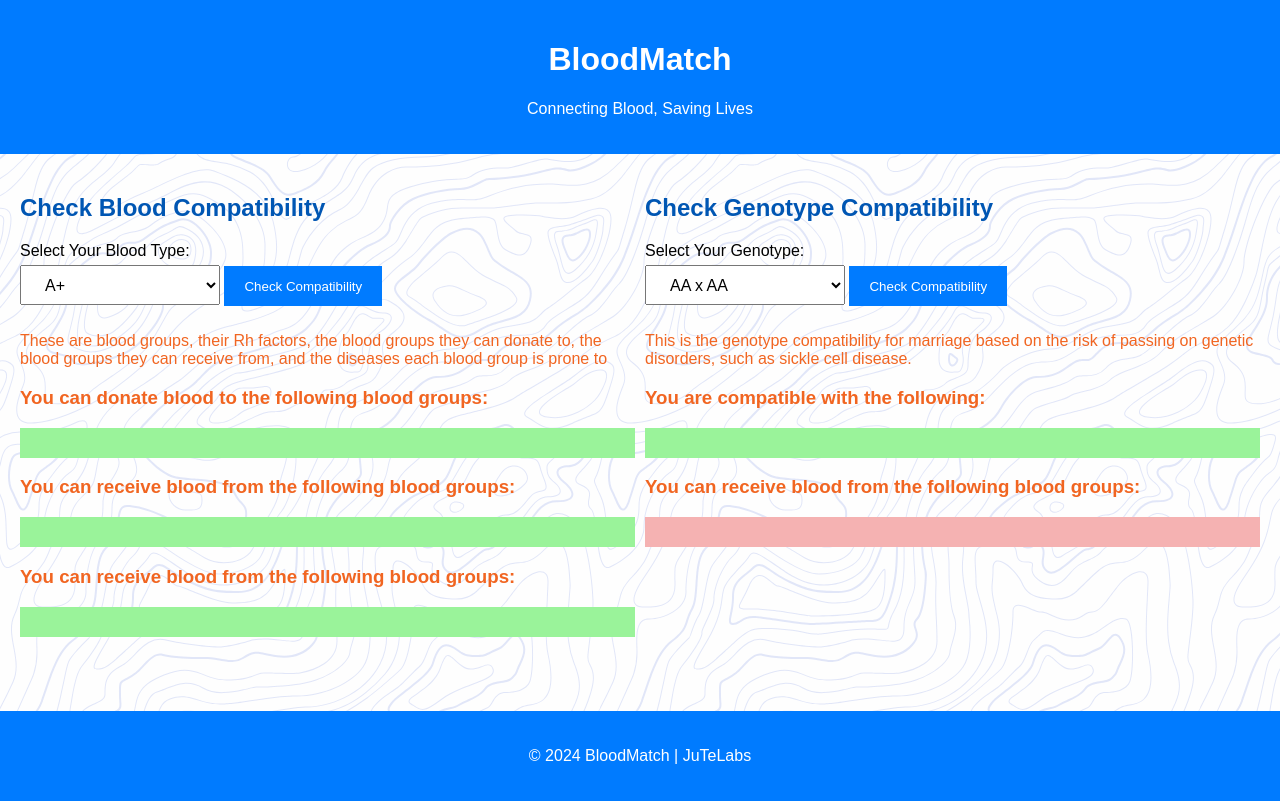
Repository: JuliusMonday/BloodMatch
Page: index.html
An editor plug-in stored every save of this project. The page is shown before and after a run of saves, followed by the edit.
The browser window is 1280 px wide. The pictures show the whole page.

Above is the page before, as saved 2024-05-03 12:09:04.

### index.html
<!DOCTYPE html>
<html lang="en">
<head>
  <meta charset="UTF-8">
  <meta name="viewport" content="width=device-width, initial-scale=1.0">
  <title>BloodMatch</title>
  <link rel="stylesheet" href="style.css">
</head>
<body>
  <header>
    <h1>BloodMatch</h1>
    <p>Connecting Blood, Saving Lives</p>
  </header>
  <main>
    <section id="bloodType">
      <h1>Check Blood Compatibility</h1>
      <label for="selectBloodType">Select Your Blood Type:</label>
      <select id="selectBloodType">
        <option value="A+">A+</option>
        <option value="A-">A-</option>
        <option value="B+">B+</option>
        <option value="B-">B-</option>
        <option value="AB+">AB+</option>
        <option value="AB-">AB-</option>
        <option value="O+">O+</option>
        <option value="O-">O-</option>
      </select>
      <button onclick="checkBloodCompatibility()">Check Compatibility</button>
      <div id="compatibilityResult">
        <p class="p-s"> These are blood groups, their Rh factors, the blood groups they can donate to, the blood groups they can receive from, and the diseases each blood group is prone to</p>
        <div class="donate-to">
            <h3>You can donate blood to the following blood groups:</h3>
            <p id="donate-to-bg" style="background-color:rgb(154, 243, 154); padding:15px; font-weight: bold;"></p>
        </div>
        <div class="receive-from">
            <h3>You can receive blood from the following blood groups:</h3>
            <p id="receive-from-bg" style="background-color:rgb(154, 243, 154); padding:15px; font-weight: bold;"></p>
        </div>
        <div class="disease">
          <h3>You can receive blood from the following blood groups:</h3>
          <p id="diseases" style="background-color:rgb(154, 243, 154); padding:15px; font-weight: bold;"></p>
      </div>
      </div>
    </section>
    <section id="genotype">
      <h1>Check Genotype Compatibility</h1>
      <label for="selectGenotype">Select Your Genotype:</label>
      <select id="selectGenotype">
        <option value="AA x AA">AA x AA</option>
        <option value="AA x AS">AA x AS</option>
        <option value="AS x AS">AS x AS</option>
        <option value="SS x SS">SS x SS</option>
        <option value="AS x SC">AS x SC (rare)</option>
    </select>
      <button onclick="checkGenotypeCompatibility()">Check Compatibility</button>
      <div id="genotypeResult">
        <p class="p-s">This is the genotype compatibility for marriage based on the risk of passing on genetic disorders, such as sickle cell disease.</p>
        <div class="compatible-Gn">
            <h3>You are compatible with the following:</h3>
            <p id="compatible-Gns" style="background-color:rgb(154, 243, 154); padding:15px; font-weight: bold;"></p>
        </div>
        <div class="non-compatible">
            <h3>You can receive blood from the following blood groups:</h3>
            <p id="non-compatible-Gns" style="background-color: rgb(245, 178, 178); padding:15px; font-weight: bold;"></p>
        </div>
      </div>
    </div>
    </section>
  </main>
  <footer>
    <p>&copy; 2024 BloodMatch | JuTeLabs</p>
  </footer>
  <script src="script.js"></script>
</body>
</html>

### script.js
const checkBloodCompatibility = () =>{
    let selectedBloodType = document.getElementById("selectBloodType").value;
    let canDonateTo = document.getElementById("donate-to-bg");
    let canReceiveFrom = document.getElementById("receive-from-bg");

     // Logic to determine compatible blood types
    switch(selectedBloodType) {
      case "A+":
        canDonateTo.textContent = `You can only donate blood to: A+ and AB+ only`;
        canReceiveFrom.textContent = `You can only receive blood from: A+, A-, O+, and O-`;
        break;
      case "A-":
        canDonateTo.textContent = `You can only donate blood to: A+, A-, AB+, AB- only`;
        canReceiveFrom.textContent = `You can only receive blood from: A-, and O-`;
        break;
      case "B+":
        canDonateTo.textContent = `You can only donate blood to: A+ and AB+ only`;
        canReceiveFrom.textContent = `You can only receive blood from: B+, and AB+`;
        break;
      case "B-":
        canDonateTo.textContent = `You can only donate blood to: AB-, AB+, B+, and B- only`;
        canReceiveFrom.textContent = `You can only receive blood from: B-, and O-`;
        break;
      case "AB+":
        canDonateTo.textContent = `You can only donate blood to: AB+ only`;
        canReceiveFrom.textContent = `You can only receive blood from: EVERYONE✨✔🙌`;
        break;
      case "AB-":
        canDonateTo.textContent = `You can only donate blood to: AB+ and AB- only`;
        canReceiveFrom.textContent = `You can only receive blood from: AB-, A-, B-, and O-`;
        break;
      case "O+":
        canDonateTo.textContent = `You can only donate blood to: A+, AB+, B+, AND O+ only`;
        canReceiveFrom.textContent = `You can only receive blood from: O+, and O-`;
        break;
      case "O-":
        canDonateTo.textContent = `You can only donate blood to: EVERYONE✨✔🙌`;
        canReceiveFrom.textContent = `You can only receive blood from: Only O-`;
        break;
    }

  }

  const checkGenotypeCompatibility = () => {
    let selectedGenotype = document.getElementById("selectGenotype").value;
    let canMarry = document.getElementById("compatible-Gns");
    let cannotMary = document.getElementById("non-compatible-Gns")


    // Logic to determine compatible genotypes
    switch(selectedGenotype) {
      case "AA x AA":
        canMarry.textContent = `Offspring Genotype Possibilities: AA (all children)`
        cannotMary.textContent = `SCD Risk in Offspring: No SCD risk`
        break;
      case "AA x AS":
        canMarry.textContent = `Offspring Genotype Possibilities: AA (50%) & AS (50%)`
        cannotMary.textContent = `SCD Risk in Offspring: No SCD risk for AA children, AS carriers for 50%`
        break;
      case "AS x AS":
        canMarry.textContent = `Offspring Genotype Possibilities: AA (25%), AS (50%), SS (25%)`
        cannotMary.textContent = `SCD Risk in Offspring: No SCD risk for AA children, 25% chance of SCD for SS children, 50% AS carriers`
        break;
      case "AS x SS":
        canMarry.textContent = `Offspring Genotype Possibilities: AS (50%) & SS (50%)`
        cannotMary.textContent = `SCD Risk in Offspring: 50% chance of SCD for both AS and SS children`
        break;
      case "SS x SS":
        canMarry.textContent = `Offspring Genotype Possibilities: SS (all children)`
        cannotMary.textContent = `SCD Risk in Offspring: All children will have SCD`
        break;
      case "AS x SC":
        canMarry.textContent = `Offspring Genotype Possibilities: AS (variable %), SC (variable %), SS (variable %)`
        cannotMary.textContent = `SCD Risk in Offspring: Varies depending on specific SC genotype - consult a genetic counselor`

    }
  }

Loaded but not shown: style.css (library)

After the next 2 saves:
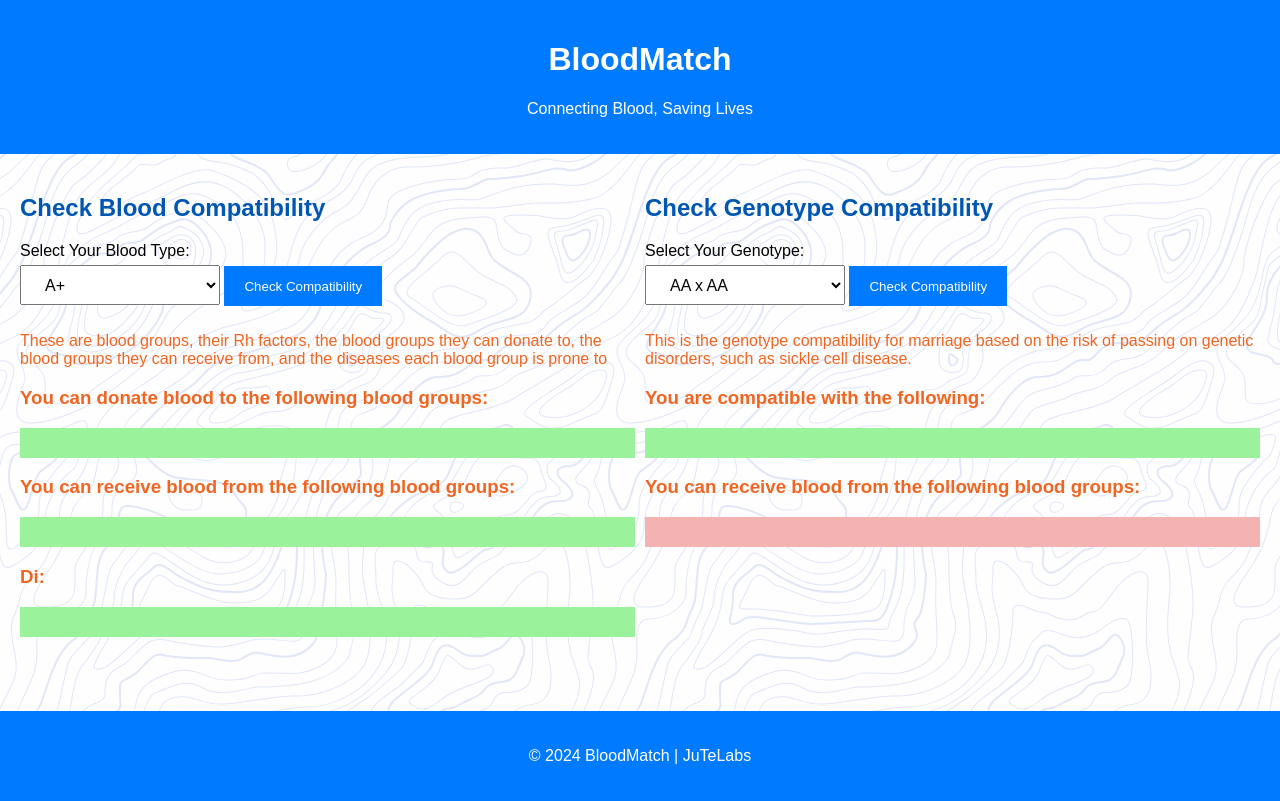
The 2 saves are shown as one change because they came seconds apart.
The last was saved 12 s later.
--- a/index.html
+++ b/index.html
@@ -37,7 +37,7 @@
             <p id="receive-from-bg" style="background-color:rgb(154, 243, 154); padding:15px; font-weight: bold;"></p>
         </div>
         <div class="disease">
-          <h3>You can receive blood from the following blood groups:</h3>
+          <h3>Di:</h3>
           <p id="diseases" style="background-color:rgb(154, 243, 154); padding:15px; font-weight: bold;"></p>
       </div>
       </div>
